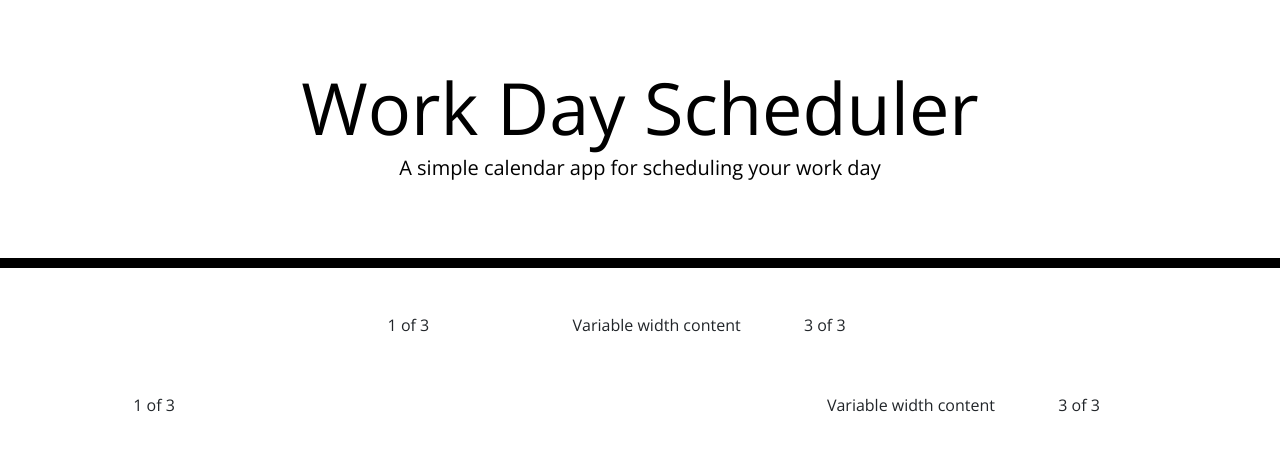
Repository: Mf948/DailyPlannerJS
Page: Develop/index.html
The author's editor kept a copy of each file at every save. The page is drawn from the files as they stood at one save, then again after a run of saves.
The browser window is 1280 px wide. The pictures show the whole page.
Some web libraries are served in a nearby version.

Above is the page before, as saved 2020-12-09 16:24:49.

### Develop/index.html
<!DOCTYPE html>
<html lang="en">
  <head>
    <meta charset="UTF-8" />
    <meta name="viewport" content="width=device-width, initial-scale=1.0" />
    <meta http-equiv="X-UA-Compatible" content="ie=edge" />
    <link
      rel="stylesheet"
      href="https://stackpath.bootstrapcdn.com/bootstrap/4.3.1/css/bootstrap.min.css"
    />
    <link
      rel="stylesheet"
      href="https://use.fontawesome.com/releases/v5.8.1/css/all.css"
      integrity="sha384-50oBUHEmvpQ+1lW4y57PTFmhCaXp0ML5d60M1M7uH2+nqUivzIebhndOJK28anvf"
      crossorigin="anonymous"
    />
    <link
      href="https://fonts.googleapis.com/css?family=Open+Sans&display=swap"
      rel="stylesheet"
    />
    <link rel="stylesheet" href="style.css" />
    <script src = "Java.js"></script>
    <title>Work Day Scheduler</title>
  </head>

  <body>
    <header class="jumbotron">
      <h1 class="display-3">Work Day Scheduler</h1>
      <p class="lead">A simple calendar app for scheduling your work day</p>
      <p id="currentDay" class="lead"></p>
    </header>
    <div class="container">
      <!-- Timeblocks go here -->


  <div class="container">
    <div class="row justify-content-md-center">
      <div class="col col-lg-2">
        1 of 3
      </div>
      <div class="col-md-auto">
        Variable width content
      </div>
      <div class="col col-lg-2">
        3 of 3
      </div>
    </div>
    <div class="row">
      <div class="col">
        1 of 3
      </div>
      <div class="col-md-auto">
        Variable width content
      </div>
      <div class="col col-lg-2">
        3 of 3
      </div>
    </div>
  </div>

</table>
    </div>
    <script src="https://unpkg.com/dayjs@1.8.21/dayjs.min.js"></script>
    <script src="https://cdnjs.cloudflare.com/ajax/libs/jquery/3.2.1/jquery.min.js"></script>
    <script src="https://cdnjs.cloudflare.com/ajax/libs/moment.js/2.24.0/moment.min.js"></script>
  </body>
</html>

### Develop/style.css
body {
  font-family: 'Open Sans', sans-serif;
  font-size: 16px;
  line-height: 1;
}

textarea{
  background: transparent;
  border: none;
  resize: none;
  color: #000000;
  border-left: 1px solid black;
  padding: 10px;
}

.jumbotron {
  text-align: center;
  background-color: transparent;
  color: black;
  border-radius: 0;
  border-bottom: 10px solid black;
}

.description{
  white-space: pre-wrap;
}

.time-block{
  text-align: center;
  border-radius: 15px;
}

.row {
  white-space: pre-wrap;
  height: 80px;
  border-top: 1px solid white;;
}

.hour {
  background-color: #ffffff;
  color: #000000;
  border-top: 1px dashed #000000;
}

.past {
  background-color: #d3d3d3;
  color: white;
}

.present {
  background-color: #ff6961;
  color: white;
}

.future {
  background-color: #77dd77;
  color: white;
}

.saveBtn {
  border-left: 1px solid black;
  border-top-right-radius: 15px;
  border-bottom-right-radius: 15px;
  background-color: #06AED5;
  color: white;
}

.saveBtn i:hover {
  font-size: 20px;
  transition: all .3s ease-in-out;
}

### Develop/Java.js
console.log("hello")

let hour = 5

After the next 3 saves:
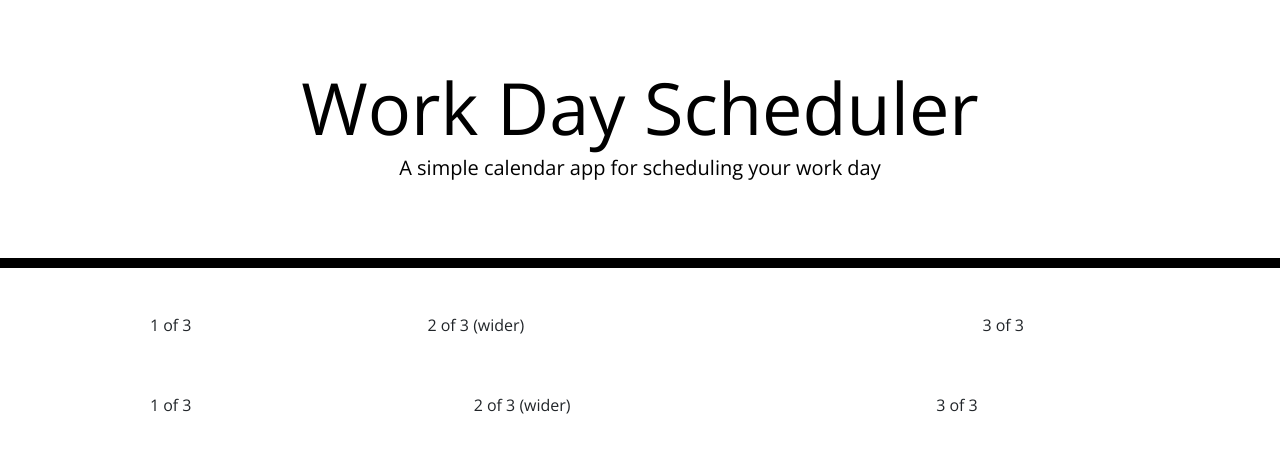
The 3 saves are shown as one change because they came seconds apart.
The last was saved 11 s later.
--- a/Develop/index.html
+++ b/Develop/index.html
@@ -31,32 +31,30 @@
     </header>
     <div class="container">
       <!-- Timeblocks go here -->
-
-
-  <div class="container">
-    <div class="row justify-content-md-center">
-      <div class="col col-lg-2">
-        1 of 3
+      <div class="container">
+        <div class="row">
+          <div class="col">
+            1 of 3
+          </div>
+          <div class="col-6">
+            2 of 3 (wider)
+          </div>
+          <div class="col">
+            3 of 3
+          </div>
+        </div>
+        <div class="row">
+          <div class="col">
+            1 of 3
+          </div>
+          <div class="col-5">
+            2 of 3 (wider)
+          </div>
+          <div class="col">
+            3 of 3
+          </div>
+        </div>
       </div>
-      <div class="col-md-auto">
-        Variable width content
-      </div>
-      <div class="col col-lg-2">
-        3 of 3
-      </div>
-    </div>
-    <div class="row">
-      <div class="col">
-        1 of 3
-      </div>
-      <div class="col-md-auto">
-        Variable width content
-      </div>
-      <div class="col col-lg-2">
-        3 of 3
-      </div>
-    </div>
-  </div>
 
 </table>
     </div>
